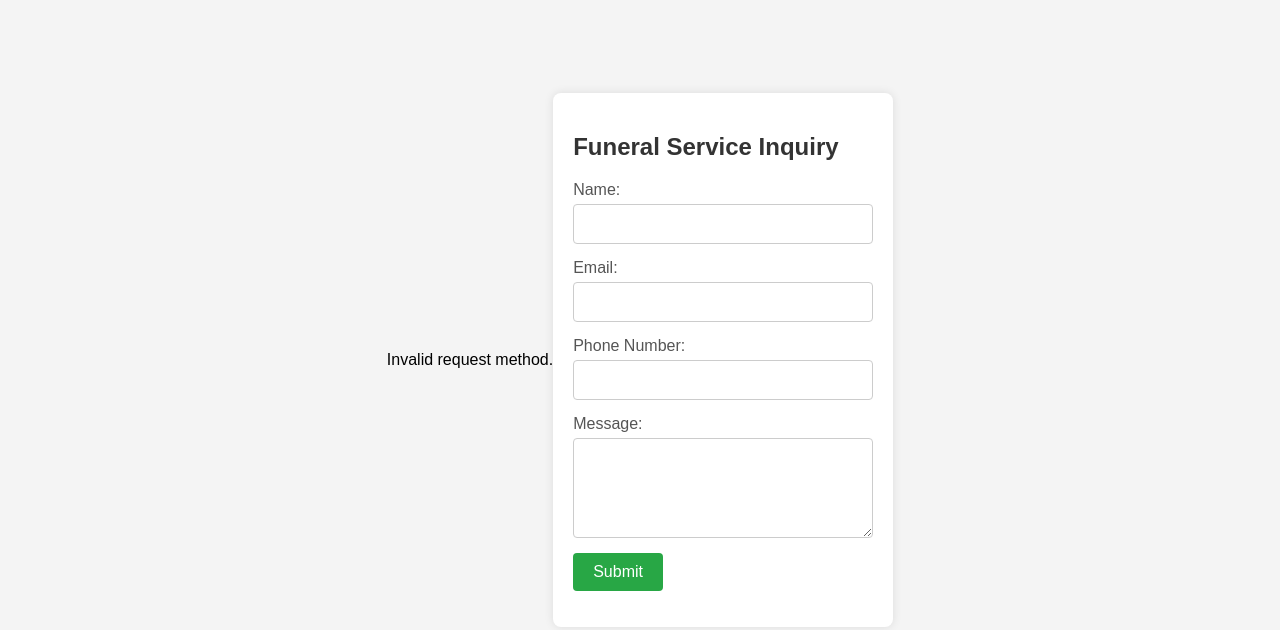
Repository: Jamil-cyber-hash/INSANITY
Page: http://localhost/inquiry.php
The author's editor kept a copy of each file at every save. The page is drawn from the files as they stood at one save, then again after the next save.
The browser window is 1280 px wide. The pictures show the whole page.
The page is run by PHP 8.4 with error messages shown; the project is at /var/www/html/.

Above is the page before, as saved 2025-03-23 18:20:09.

### inquiry.php
<?php
if ($_SERVER["REQUEST_METHOD"] == "POST") {
    // Collect form data
    $name = htmlspecialchars($_POST['name']);
    $email = htmlspecialchars($_POST['email']);
    $phone = htmlspecialchars($_POST['phone']);
    $message = htmlspecialchars($_POST['message']);

    // Email details
    $to = "your-email@example.com"; // Replace with your email address
    $subject = "Funeral Service Inquiry from $name";
    $body = "Name: $name\nEmail: $email\nPhone: $phone\n\nMessage:\n$message";
    $headers = "From: $email";

    // Send email
    if (mail($to, $subject, $body, $headers)) {
        echo "<p>Thank you for your inquiry, $name. We will get back to you shortly.</p>";
    } else {
        echo "<p>Sorry, there was an error sending your message. Please try again later.</p>";
    }
} else {
    echo "<p>Invalid request method.</p>";
}
?>
<!DOCTYPE html>
<html lang="en">
<head>
    <meta charset="UTF-8">
    <meta name="viewport" content="width=device-width, initial-scale=1.0">
    <title>Funeral Service Inquiry</title>
    <style>
        body {
            font-family: Arial, sans-serif;
            background-color: #f4f4f4;
            margin: 0;
            padding: 0;
            display: flex;
            justify-content: center;
            align-items: center;
            height: 100vh;
        }
        .form-container {
            background-color: #fff;
            padding: 20px;
            border-radius: 8px;
            box-shadow: 0 0 10px rgba(0, 0, 0, 0.1);
            width: 300px;
        }
        .form-container h2 {
            margin-bottom: 20px;
            font-size: 24px;
            color: #333;
        }
        .form-container label {
            display: block;
            margin-bottom: 5px;
            color: #555;
        }
        .form-container input[type="text"],
        .form-container input[type="email"],
        .form-container textarea {
            width: 100%;
            padding: 10px;
            margin-bottom: 15px;
            border: 1px solid #ccc;
            border-radius: 4px;
            font-size: 16px;
        }
        .form-container textarea {
            resize: vertical;
            height: 100px;
        }
        .form-container input[type="submit"] {
            background-color: #28a745;
            color: #fff;
            border: none;
            padding: 10px 20px;
            border-radius: 4px;
            cursor: pointer;
            font-size: 16px;
        }
        .form-container input[type="submit"]:hover {
            background-color: #218838;
        }
    </style>
</head>
<body>
    <div class="form-container">
        <h2>Funeral Service Inquiry</h2>
        <form action="submit_form.php" method="post">
            <label for="name">Name:</label>
            <input type="text" id="name" name="name" required>

            <label for="email">Email:</label>
            <input type="email" id="email" name="email" required>

            <label for="phone">Phone Number:</label>
            <input type="text" id="phone" name="phone" required>

            <label for="message">Message:</label>
            <textarea id="message" name="message" required></textarea>

            <input type="submit" value="Submit">
        </form>
    </div>
</body>
</html>

After the next save:
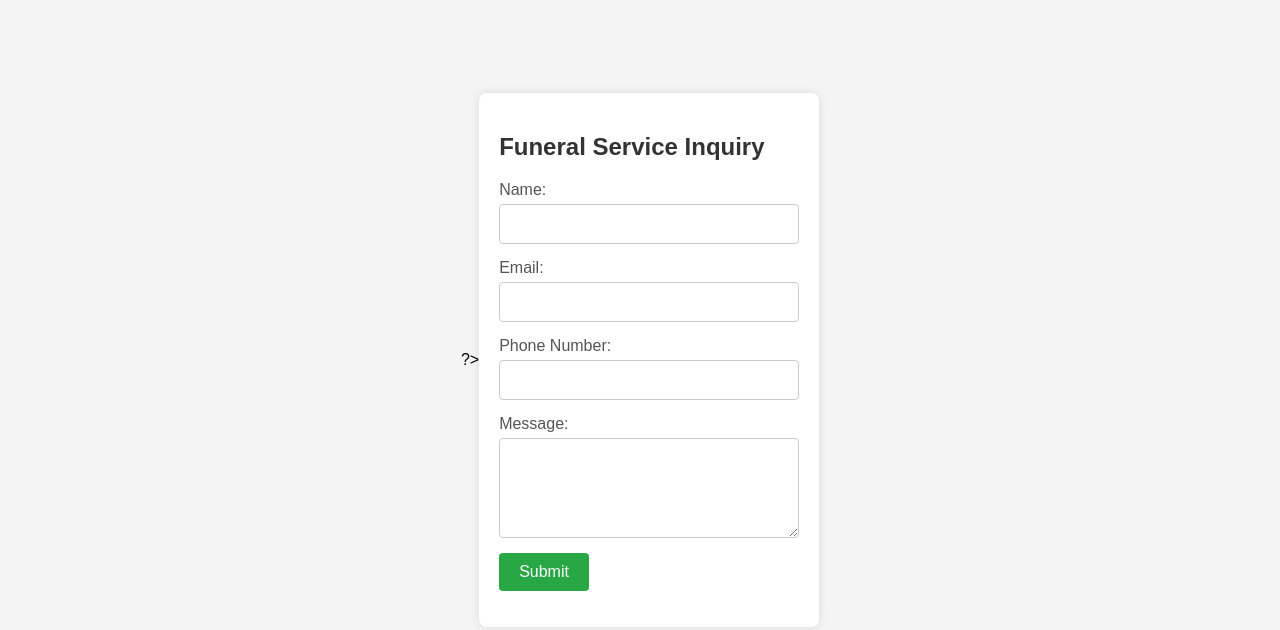
Saved 2 min 24 s later.
--- a/inquiry.php
+++ b/inquiry.php
@@ -1,26 +1,4 @@
-<?php
-if ($_SERVER["REQUEST_METHOD"] == "POST") {
-    // Collect form data
-    $name = htmlspecialchars($_POST['name']);
-    $email = htmlspecialchars($_POST['email']);
-    $phone = htmlspecialchars($_POST['phone']);
-    $message = htmlspecialchars($_POST['message']);
 
-    // Email details
-    $to = "your-email@example.com"; // Replace with your email address
-    $subject = "Funeral Service Inquiry from $name";
-    $body = "Name: $name\nEmail: $email\nPhone: $phone\n\nMessage:\n$message";
-    $headers = "From: $email";
-
-    // Send email
-    if (mail($to, $subject, $body, $headers)) {
-        echo "<p>Thank you for your inquiry, $name. We will get back to you shortly.</p>";
-    } else {
-        echo "<p>Sorry, there was an error sending your message. Please try again later.</p>";
-    }
-} else {
-    echo "<p>Invalid request method.</p>";
-}
 ?>
 <!DOCTYPE html>
 <html lang="en">
